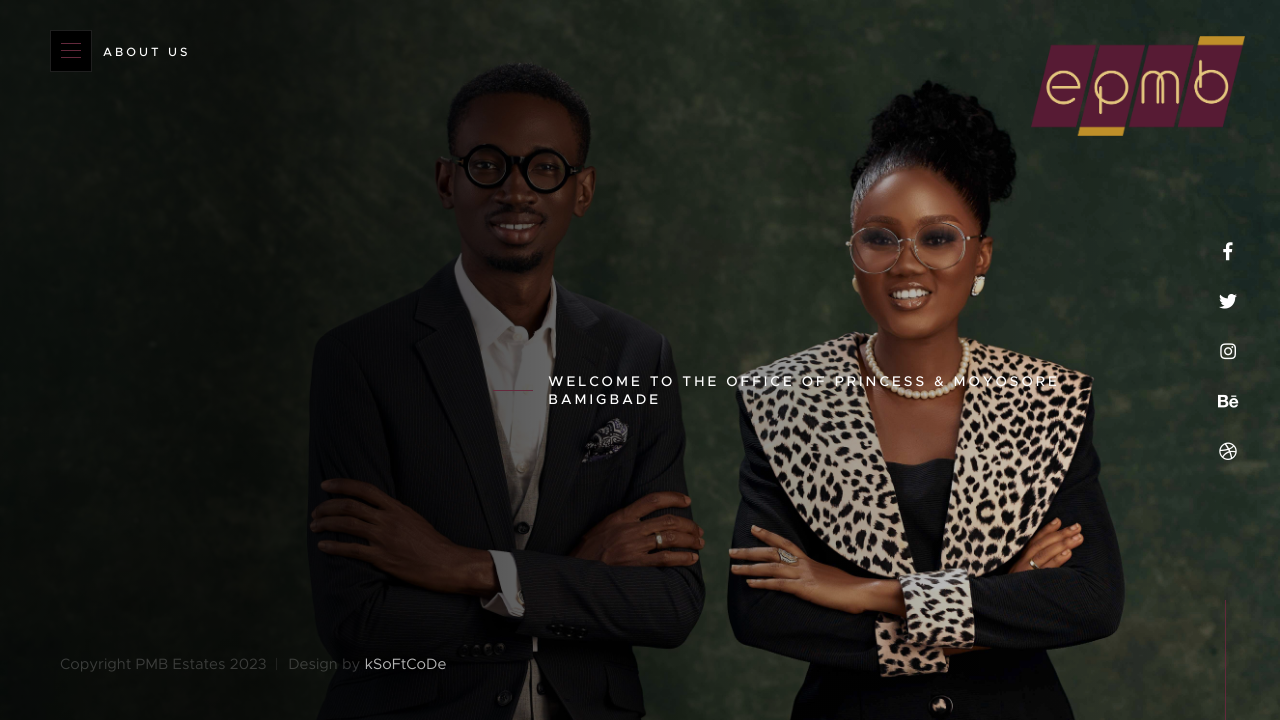
Repository: Ksoftcode/PMB
Page: index.html
These files come from the project's save history. The page is drawn as it stood at one moment and after the next save; the edit follows.
The browser window is 1280 px wide. The pictures show the whole page.

Above is the page before, as saved 2023-03-27 13:10:35.

### index.html
<!DOCTYPE html>
<html class="no-js" lang="en">
<head>

    <!--- basic page needs
    ================================================== -->
    <meta charset="utf-8">
    <title>Launch | EPMB</title>
    <meta name="description" content="">
    <meta name="author" content="">

    <!-- mobile specific metas
    ================================================== -->
    <meta name="viewport" content="width=device-width, initial-scale=1">

    <!-- CSS
    ================================================== -->
    <link rel="stylesheet" href="css/base.css">
    <link rel="stylesheet" href="css/vendor.css">
    <link rel="stylesheet" href="css/main.css">

    <!-- script
    ================================================== -->
    <script src="js/modernizr.js"></script>
    <script src="js/pace.min.js"></script>

    <!-- favicons
    ================================================== -->
    <link rel="shortcut icon" href="favicon.ico" type="image/x-icon">
    <link rel="icon" href="favicon.ico" type="image/x-icon">

</head>

<body>

    <!-- home
    ================================================== -->
    <main class="s-home s-home--static">

        <div class="overlay"></div>

        <div class="home-content">

            <div class="home-logo">
                <a href="index-static.html">
                    <img src="images/logo.png" alt="Homepage">
                </a>
            </div>

            <div class="row home-content__main">

                <div class="col-eight home-content__text pull-right">
                    <h3>Welcome to the office of Princess & Moyosore Bamigbade</h3>

                    <!-- <h1>
                    We are currently working <br>
                    on a new super awesome <br> website.
                    </h1> -->

                    <!-- <p>
                        The future has a way of arriving unannounced.
                    </p> -->

                    <!-- <div class="home-content__subscribe">
                        <form id="mc-form" class="group" novalidate="true">
                            <input type="email" value="" name="EMAIL" class="email" id="mc-email" placeholder="Email Address" required="">
                            <input type="submit" name="subscribe" value="Notify Me">
                            <label for="mc-email" class="subscribe-message"></label>
                        </form>
                    </div> -->
                </div> <!--  end home-content__text -->

                <!-- <div class="col-four home-content__counter">
                    <h3>We Love You Back!</h3>

                    <div class="home-content__clock">
                        <div class="top"> -->
                            <!-- <div class="time days">
                                325
                                <span>Days</span>
                            </div> -->
                        </div>
                        <!-- <div class="time hours">
                            09
                            <span>H</span>
                        </div> -->
                        <!-- <div class="time minutes">
                            54
                            <span>M</span>
                        </div>
                        <div class="time seconds">
                            30
                            <span>S</span>
                        </div> -->
                    <!-- </div>  end home-content__clock
                </div>  end home-content__counter -->

            </div>  <!-- end home-content__main -->

            <ul class="home-social">
                <li>
                <a href="#0"><i class="fab fa-facebook-f" aria-hidden="true"></i><span>Facebook</span></a>
                </li>
                <li>
                <a href="#0"><i class="fab fa-twitter" aria-hidden="true"></i><span>Twiiter</span></a>
                </li>
                <li>
                <a href="#0"><i class="fab fa-instagram" aria-hidden="true"></i><span>Instagram</span></a>
                </li>
                <li>
                <a href="#0"><i class="fab fa-behance" aria-hidden="true"></i><span>Behance</span></a>
                </li>
                <li>
                <a href="#0"><i class="fab fa-dribbble" aria-hidden="true"></i><span>Dribbble</span></a>
                </li>
            </ul> <!-- end home-social -->

            <div class="row home-copyright">
                <span>Copyright PMB Estates 2023</span>
                <span>Design by <a href="#">kSoFtCoDe</a></span>
            </div> <!-- end home-copyright -->

            <div class="home-content__line"></div>

        </div> <!-- end home-content -->

    </main> <!-- end s-home -->

    <!-- info
    ================================================== -->
    <a class="info-toggle" href="#0">
        <span class="info-menu-icon"></span>
    </a>

    <div class="s-info">

        <div class="row info-wrapper">

            <div class="col-seven tab-full info-main">
                <h1>ILORIN: WHERE IT BEGAN</h1>
                <p>
                    Princess & Moyosore’s life and career grew out of deep windy city roots. From their childhood in the south community of Ilorin, through their first contact in Chapel Secondary School in 2004 and 2002 respectively with missionary standards where they became friends. In April, 2015, they began to plan a future together in which Moyosore was already a graduate architect and Princess had just completed her nursing program.
                </p>
            <br>
                <h1>A PROMISE: THE ROYAL WEDDING </h1>
                <p>
                    On April 20th, 2019, Princess & Moyosore got wedded which was a beautiful coincidence with moyosores 27th birthday at the International Convention Centre (ICC), Rhema Chapel Headquarters, Ilorin, Kwara State. Princess & Moyosore pledged a vow of a lifetime commitment built on Godly Christian principles and unswerving adventure.
                </p>
                <br>
                <h1>EDUCATION: A PRIORITY/STANDARD</h1>
                <p>
                    The union of Princess & Moyosore established a standard of continuous learning, unlearning and relearning through education. Princess proceeded for her pediatric nursing training at the Lagos University Teaching Hospital in 2018/2019 where by the grace of God she emerged the overall best student for the pediatrics post basic examination in Nigeria.
                    <br>
                    <br>
                    Moyosore also enrolled for his post graduate program in Federal University of Technology Akure where he also finished with honors. Subsequently, PMB proceeded for further studies. Moyosore bagged a diploma in the Business of Architecture from the European School of Economics. He further enrolled for an MSc in Architecture at University of Ilorin, Ilorin, Kwara State.
                    <br>
                    <br>
                    Princess completed a five (5) years nursing degree from the National Open University of Nigeria with honors. Afterwards, she proceeded for her master’s degree in maternal and child health nursing at Babcock University in 2022.
                    <br>
                    <br>
                    These achievements were constantly stirred by a burning desire to attain the zenith of their profession, where no one is left behind.
                    <center>“ 𝑳𝒊𝒕𝒕𝒍𝒆 𝒃𝒚 𝒍𝒊𝒕𝒕𝒍𝒆, 𝒕𝒉𝒆 𝒃𝒊𝒓𝒅 𝒎𝒂𝒌𝒆𝒔 𝒊𝒕𝒔 𝒏𝒆𝒔𝒕”</center>
                </p>
                <br>
                <br>
                <h1>BUSINESS: NIGHTINGALE AND DOCTORS OUTFIT LIMITED</h1>
                <p>
                    Princess shared her vision with Moyosore in 2015 on changing the narrative and perception of Nigerian nurses through a revolutionized appearance and the inclusivity of informatics in nursing education and practice. The company was birth in April 2016 at a small property equipped with machines and experienced staff. The company has since grown with offices in Ilorin and Lagos with a worldwide distribution network.
                </p>
                <br>
                <br>
                <h1> MB ARCHITECTS LIMITED </h1>
                <p>
                    Princess & Moyosore registered MB Architects limited in August 2017 with both of them as the company’s director. Moyosore had always envisioned owning a private firm of his, and this came to fruition with the support of his lovely wife. They took up roles and responsibilities in ensuring a good service delivery and ensuring nothing was left undone in the absence of one of them. Moyosore could always rely on Princesses intelligence in which she was skilled in penmanship while Moyosore possess numerical competence.
                    <br>
                    <br>
                    The firm has its registered offices in Lagos and Abuja, Nigeria. Princess believes in the dream of Moyosore building and designing over 2,000 structures as she addresses him as the <cite>Greatest Architect of Time.</cite>
                </p>
                <br>
            </div>

            <div class="col-four tab-full pull-right info-contact">

                <div class="info-block">
                    <h3>Start A Conversation</h3>
                    <p>
                        <a href="mailto:#0" class="info-email">mailus@ourwebsite.com</a><br>
                        <a href="tel:+18587338912" class="'info-phone">+1.858.733.8912</a>
                    </p>
                </div>

                <div class="info-block">
                    <h3>Visit Our Office</h3>

                    <p class="info-address">
                        1600 Amphitheatre Parkway<br>
                        Mountain View, CA<br>
                        94043 US
                    </p>
                </div>

                <div class="info-block">
                    <h3>Find Us On</h3>

                    <ul class="info-social">
                        <li>
                            <a href="#0"><i class="fab fa-facebook" aria-hidden="true"></i>
                            <span>Facebook</span></a>
                        </li>
                        <li>
                            <a href="#0"><i class="fab fa-twitter" aria-hidden="true"></i>
                            <span>Twiiter</span></a>
                        </li>
                        <li>
                            <a href="#0"><i class="fab fa-instagram" aria-hidden="true"></i>
                            <span>Instagram</span></a>
                        </li>
                        <li>
                            <a href="#0"><i class="fab fa-behance" aria-hidden="true"></i>
                            <span>Behance</span></a>
                        </li>
                        <li>
                            <a href="#0"><i class="fab fa-dribbble" aria-hidden="true"></i>
                            <span>Dribbble</span></a>
                        </li>
                    </ul>
                </div>

            </div>  <!-- end info contact -->

        </div>  <!-- end info wrapper -->

    </div> <!-- end s-info -->


    <!-- preloader
    ================================================== -->
    <div id="preloader">
        <div id="loader">
            <div class="line-scale-pulse-out">
                <div></div>
                <div></div>
                <div></div>
                <div></div>
                <div></div>
            </div>
        </div>
    </div>

    <!-- Java Script
    ================================================== -->
    <script src="js/jquery-3.2.1.min.js"></script>
    <script src="js/plugins.js"></script>
    <script src="js/main.js"></script>

</body>

</html>

### css/vendor.css
/* ===================================================================
 *
 *  Count v1.0 Vendor/Third Party CSS
 *  04-16-2018
 *  ------------------------------------------------------------------
 *
 *  TOC:
 *  # slick slider
 *
 * =================================================================== */


/* ===================================================================
 * # slick slider
 * http://kenwheeler.github.io/slick/
 * ------------------------------------------------------------------- */
.slick-slider {
  position: relative;
  display: block;
  box-sizing: border-box;
  -webkit-touch-callout: none;
  -webkit-user-select: none;
  -khtml-user-select: none;
  -moz-user-select: none;
  -ms-user-select: none;
  user-select: none;
  -ms-touch-action: pan-y;
  touch-action: pan-y;
  -webkit-tap-highlight-color: transparent;
}

.slick-list {
  position: relative;
  overflow: hidden;
  display: block;
  margin: 0;
  padding: 0;
}

.slick-list:focus {
  outline: none;
}

.slick-list.dragging {
  cursor: pointer;
  cursor: hand;
}

.slick-slider .slick-track,
.slick-slider .slick-list {
  -webkit-transform: translate3d(0, 0, 0);
  -moz-transform: translate3d(0, 0, 0);
  -ms-transform: translate3d(0, 0, 0);
  -o-transform: translate3d(0, 0, 0);
  transform: translate3d(0, 0, 0);
}

.slick-track {
  position: relative;
  left: 0;
  top: 0;
  display: block;
}

.slick-track:before,
.slick-track:after {
  content: "";
  display: table;
}

.slick-track:after {
  clear: both;
}

.slick-loading .slick-track {
  visibility: hidden;
}

.slick-slide {
  float: left;
  height: 100%;
  min-height: 1px;
  display: none;
}

[dir="rtl"] .slick-slide {
  float: right;
}

.slick-slide img {
  display: block;
}

.slick-slide.slick-loading img {
  display: none;
}

.slick-slide.dragging img {
  pointer-events: none;
}

.slick-initialized .slick-slide {
  display: block;
}

.slick-loading .slick-slide {
  visibility: hidden;
}

.slick-vertical .slick-slide {
  display: block;
  height: auto;
  border: 1px solid transparent;
}

.slick-arrow.slick-hidden {
  display: none;
}

/*# sourceMappingURL=vendor.css.map */

### css/fonts.css
/* ===================================================================
 * fonts.scss
 *
 * ------------------------------------------------------------------- */


/*
 * domine
================================================================================ */
@font-face {
  font-family: "domine-regular";
  src: url("../fonts/domine/domine-regular-webfont.woff2") format("woff2"), url("../fonts/domine/domine-regular-webfont.woff") format("woff");
  font-style: normal;
  font-weight: normal;
}

@font-face {
  font-family: "domine-bold";
  src: url("../fonts/domine/domine-bold-webfont.woff2") format("woff2"), url("../fonts/domine/domine-bold-webfont.woff") format("woff");
  font-style: normal;
  font-weight: normal;
}


/*
 * metropolis
================================================================================ */
@font-face {
  font-family: "metropolis-bold";
  src: url("../fonts/metropolis/metropolis-bold-webfont.woff2") format("woff2"), url("../fonts/metropolis/metropolis-bold-webfont.woff") format("woff");
  font-style: normal;
  font-weight: normal;
}

@font-face {
  font-family: "metropolis-semibold";
  src: url("../fonts/metropolis/metropolis-semibold-webfont.woff2") format("woff2"), url("../fonts/metropolis/metropolis-semibold-webfont.woff") format("woff");
  font-style: normal;
  font-weight: normal;
}

@font-face {
  font-family: "metropolis-medium";
  src: url("../fonts/metropolis/metropolis-medium-webfont.woff2") format("woff2"), url("../fonts/metropolis/metropolis-medium-webfont.woff") format("woff");
  font-style: normal;
  font-weight: normal;
}

@font-face {
  font-family: "metropolis-regular";
  src: url("../fonts/metropolis/metropolis-regular-webfont.woff2") format("woff2"), url("../fonts/metropolis/metropolis-regular-webfont.woff") format("woff");
  font-style: normal;
  font-weight: normal;
}

@font-face {
  font-family: "metropolis-light";
  src: url("../fonts/metropolis/metropolis-light-webfont.woff2") format("woff2"), url("../fonts/metropolis/metropolis-light-webfont.woff") format("woff");
  font-style: normal;
  font-weight: normal;
}

@font-face {
  font-family: "metropolis-extralight";
  src: url("../fonts/metropolis/metropolis-extralight-webfont.woff2") format("woff2"), url("../fonts/metropolis/metropolis-extralight-webfont.woff") format("woff");
  font-style: normal;
  font-weight: normal;
}

@font-face {
  font-family: "metropolis-italic";
  src: url("../fonts/metropolis/metropolis-regularitalic-webfont.woff2") format("woff2"), url("../fonts/metropolis/metropolis-regularitalic-webfont.woff") format("woff");
  font-style: normal;
  font-weight: normal;
}

/*# sourceMappingURL=fonts.css.map */

Loaded but not shown: js/modernizr.js (library); js/pace.min.js (library); js/jquery-3.2.1.min.js (library); css/font-awesome/css/fontawesome-all.css (library); js/plugins.js (library); js/main.js (160 lines, source omitted); css/main.css (2385 lines, source omitted); css/base.css (949 lines, source omitted)

After the next save:
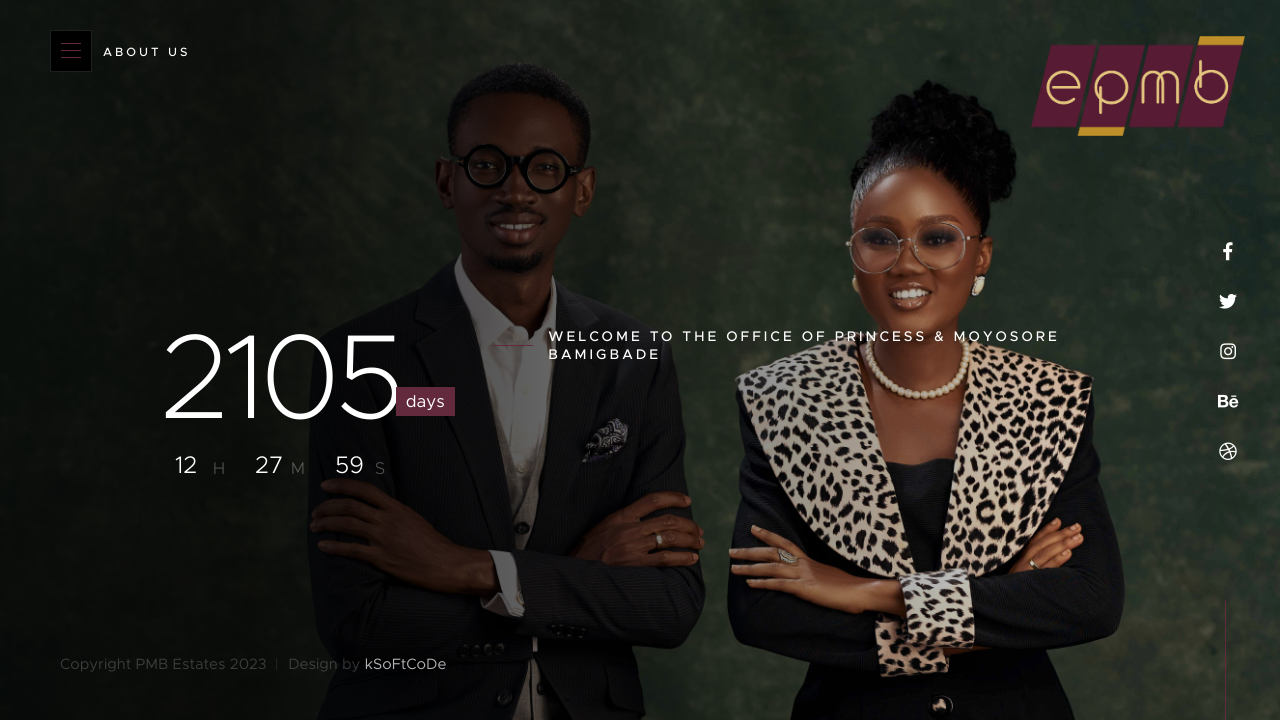
Saved 98 s later.
--- a/index.html
+++ b/index.html
@@ -68,18 +68,18 @@
                             <label for="mc-email" class="subscribe-message"></label>
                         </form>
                     </div> -->
-                </div> <!--  end home-content__text -->
-
-                <!-- <div class="col-four home-content__counter">
-                    <h3>We Love You Back!</h3>
+                </div>  <!-- end home-content__text -->
+
+                <div class="col-four home-content__counter">
+                    <!-- <h3>We Love You Back!</h3> -->
 
                     <div class="home-content__clock">
-                        <div class="top"> -->
-                            <!-- <div class="time days">
+                        <!-- <div class="top">
+                            <div class="time days">
                                 325
                                 <span>Days</span>
-                            </div> -->
-                        </div>
+                            </div>
+                        </div>     -->
                         <!-- <div class="time hours">
                             09
                             <span>H</span>
@@ -92,8 +92,8 @@
                             30
                             <span>S</span>
                         </div> -->
-                    <!-- </div>  end home-content__clock
-                </div>  end home-content__counter -->
+                    </div>  <!-- end home-content__clock -->
+                </div>  <!-- end home-content__counter -->
 
             </div>  <!-- end home-content__main -->
 

After the save that followed:
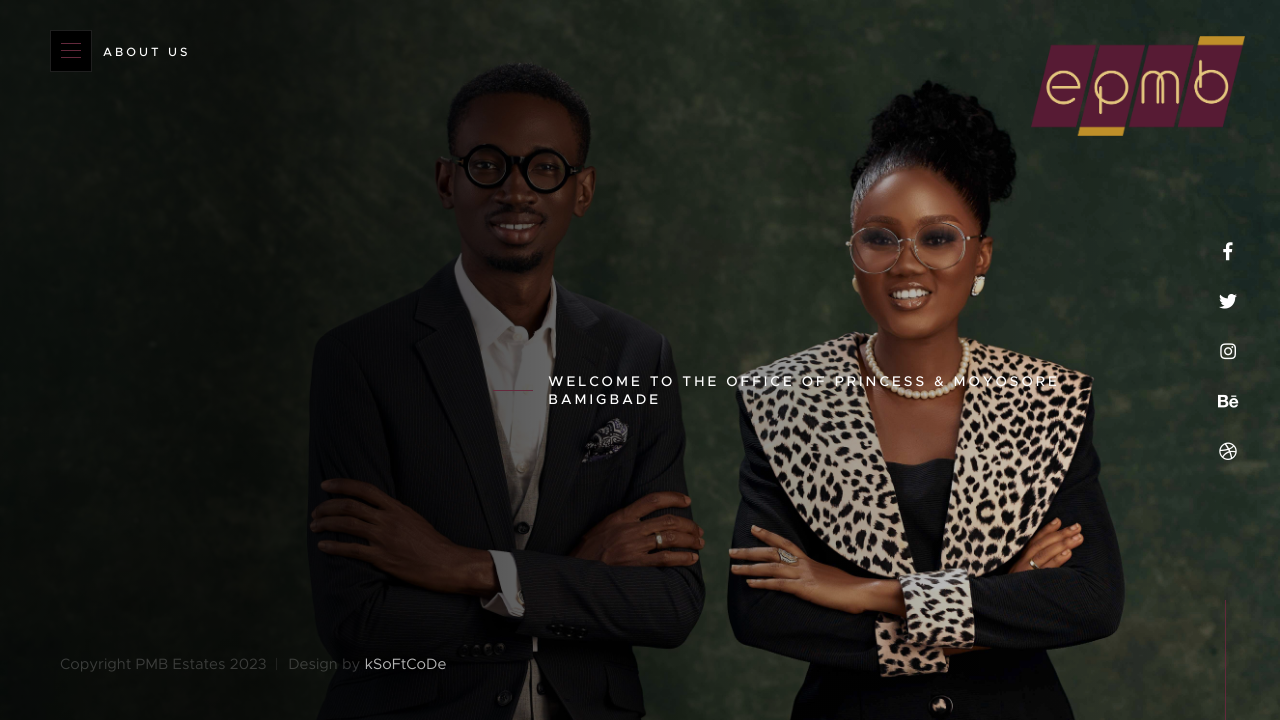
Saved 57 s later.
--- a/index.html
+++ b/index.html
@@ -73,26 +73,26 @@
                 <div class="col-four home-content__counter">
                     <!-- <h3>We Love You Back!</h3> -->
 
-                    <div class="home-content__clock">
-                        <!-- <div class="top">
+                    <!--<div class="home-content__clock">
+                        <div class="top">
                             <div class="time days">
                                 325
                                 <span>Days</span>
                             </div>
-                        </div>     -->
-                        <!-- <div class="time hours">
+                        </div>
+                        <div class="time hours">
                             09
                             <span>H</span>
-                        </div> -->
-                        <!-- <div class="time minutes">
+                        </div>
+                        <div class="time minutes">
                             54
                             <span>M</span>
                         </div>
                         <div class="time seconds">
                             30
                             <span>S</span>
-                        </div> -->
-                    </div>  <!-- end home-content__clock -->
+                        </div>
+                    </div>   end home-content__clock -->
                 </div>  <!-- end home-content__counter -->
 
             </div>  <!-- end home-content__main -->
